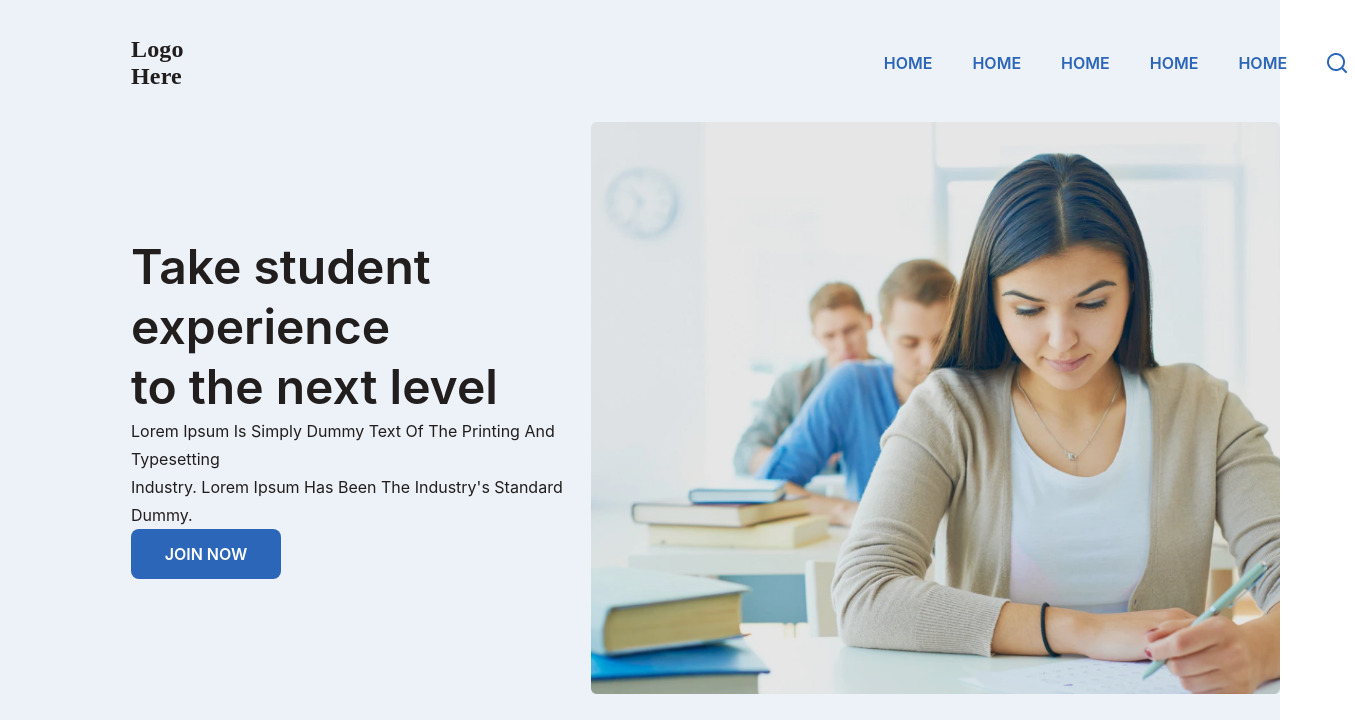
Repository: FaridRustamov09/Final-Task
Page: Pages/homePage/index.html
These files come from the project's save history. The page is drawn as it stood at one moment and after the next save; the edit follows.
The browser window is 1280 px wide. The page is 1347 px wide, then 1355 px, so the pictures cover 1355 px, including what lies to the right of the window. The pictures show the whole page.
The style sheet was rebuilt from its Sass, Less or Tailwind sources for each picture, by a compiler version that may differ from the author's.

Above is the page before, as saved 2024-07-14 20:16:42.

After the next save:
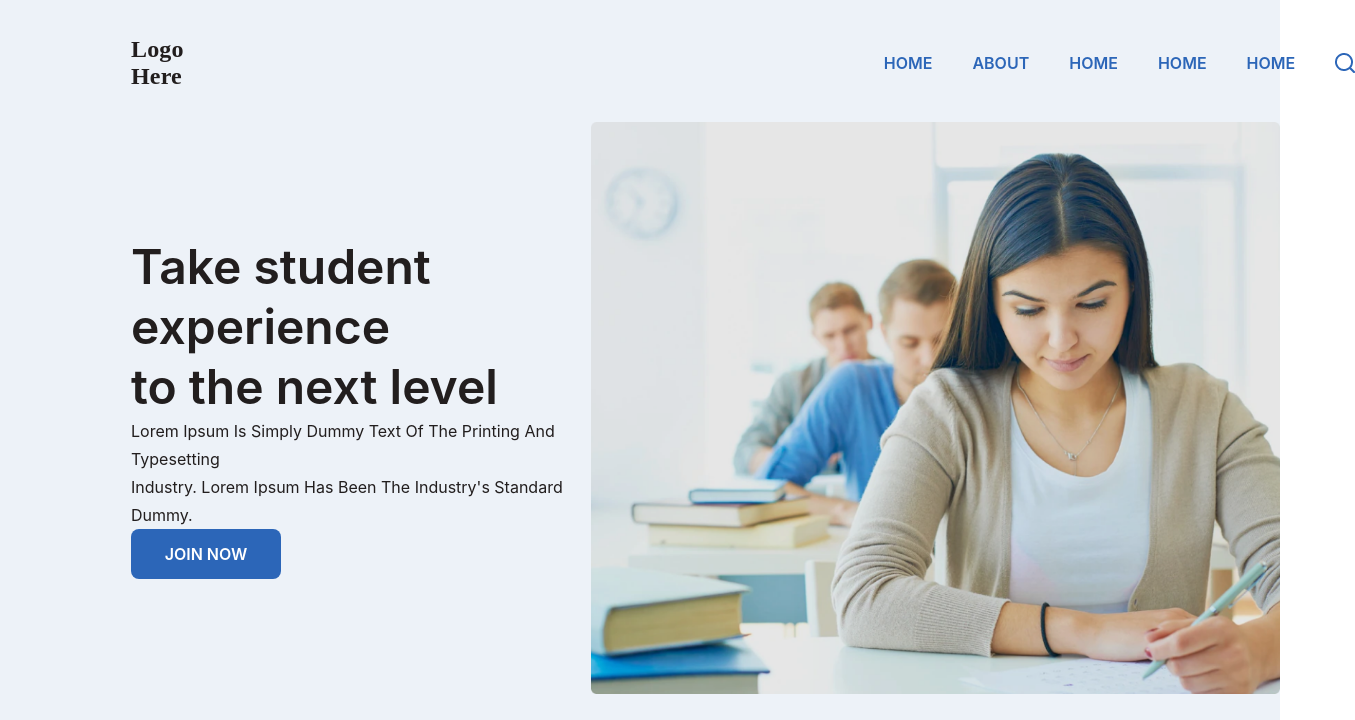
Saved 16 s later.
--- a/Pages/homePage/index.html
+++ b/Pages/homePage/index.html
@@ -12,7 +12,7 @@
         <b>Logo Here</b>
         <ul>
           <li><a href="../homePage/index.html">Home</a></li>
-          <li><a href="../homePage/index.html">Home</a></li>
+          <li><a href="../homePage/index.html">About</a></li>
           <li><a href="../homePage/index.html">Home</a></li>
           <li><a href="../homePage/index.html">Home</a></li>
           <li><a href="../homePage/index.html">Home</a></li>
